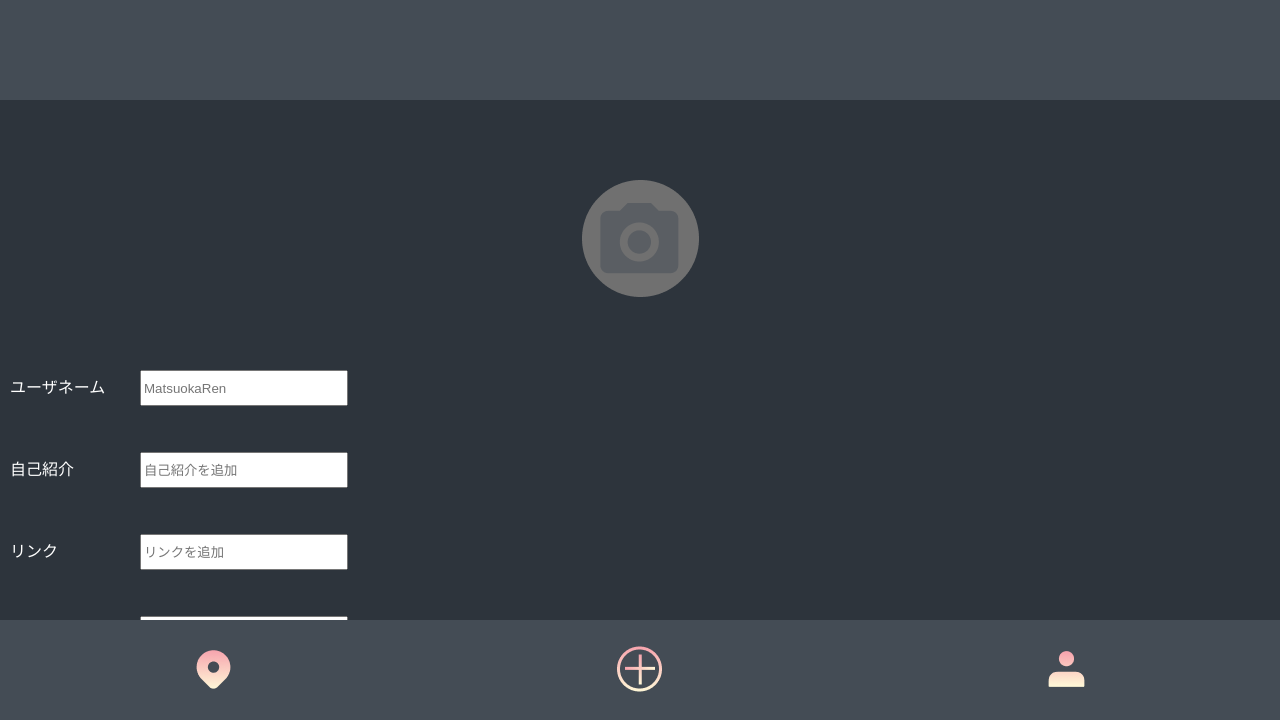
Repository: ren0714poo/respos
Page: edit.html
An editor plug-in stored every save of this project. The page is shown before and after the next save, followed by the edit.
The browser window is 1280 px wide. The pictures show the whole page.

Above is the page before, as saved 2025-07-17 14:16:03.

### edit.html
<!DOCTYPE html>
<html lang="ja">
<head>
  <meta charset="UTF-8">
  <meta name="viewport" content="width=device-width, initial-scale=1.0">
  <title>respos_edit</title>
  <link rel="stylesheet" href="css/edit.css">
</head>
<body>
  <header>
  </header>

  <main>
    <div class="edit_img"><img src="img/camera_chenge.png" alt="カメラ変更"></div>
    <div class="edit">
      <div class="edit_flex">
        <p>ユーザネーム</p>
        <input type="text" placeholder="MatsuokaRen"><br>
      </div>
      <div class="edit_flex">
        <p>自己紹介</p>
        <input type="text" placeholder="自己紹介を追加"><br>
      </div>
      <div class="edit_flex">
        <p>リンク</p>
        <input type="text" placeholder="リンクを追加"><br>
      </div>
      <div class="edit_flex">
        <p>好きな食べ物</p>
        <input type="text" placeholder="好きな食べ物の追加">
      </div>


    </div>
  </main>

  <footer>
    <button type="button" id="pin" onclick="location.href='top.html'"><img src="img/tabler_map-pin-filled.png" alt="ピン"></button>
    <button type="button"><img src="img/post.png" alt="投稿"></button>
    <button type="button" id="profile" onclick="location.href='profile.html'"><img src="img/icon-park-solid_people.png" alt="プロフィール"></button>
  </footer>

</body>
</html>

### css/edit.css
@media screen and (max-width:480px){


}

html, body {
  color: white;
  background: #2D343C;
  height: 100%;
  margin: 0;
  padding: 0;
  display: grid;
  grid-template-rows: 100px calc(100vh - 200px) 100px;
  grid-template-areas:
  "header"
  "main"
  "footer"
  ;
}



header{
  width: 100%;
  height: 100px;
  background: #444C55;
  display: flex;
  grid-area: header;
}




main{
  width: 100%;
  height: 100%;
  grid-area: main;
}

.edit {
  margin-top: 50px;
  line-height: 50px;
}
.edit_flex{
  display: flex;
p{
  width: 100px;
  margin-left: 10px;
}
input{
  width: 200px;
  height: 30px;
  margin: auto 0;
  margin-left: 30px;

}
}

.edit_img {
  display: flex;
  flex-direction: column;
  align-items: center;
  margin-top: 80px;
}











footer {
  background: #444C55;
  display: flex;
  justify-content: space-around;
  align-items: center;
}

footer button {
  background: transparent;
  border: none;
}

After the next save:
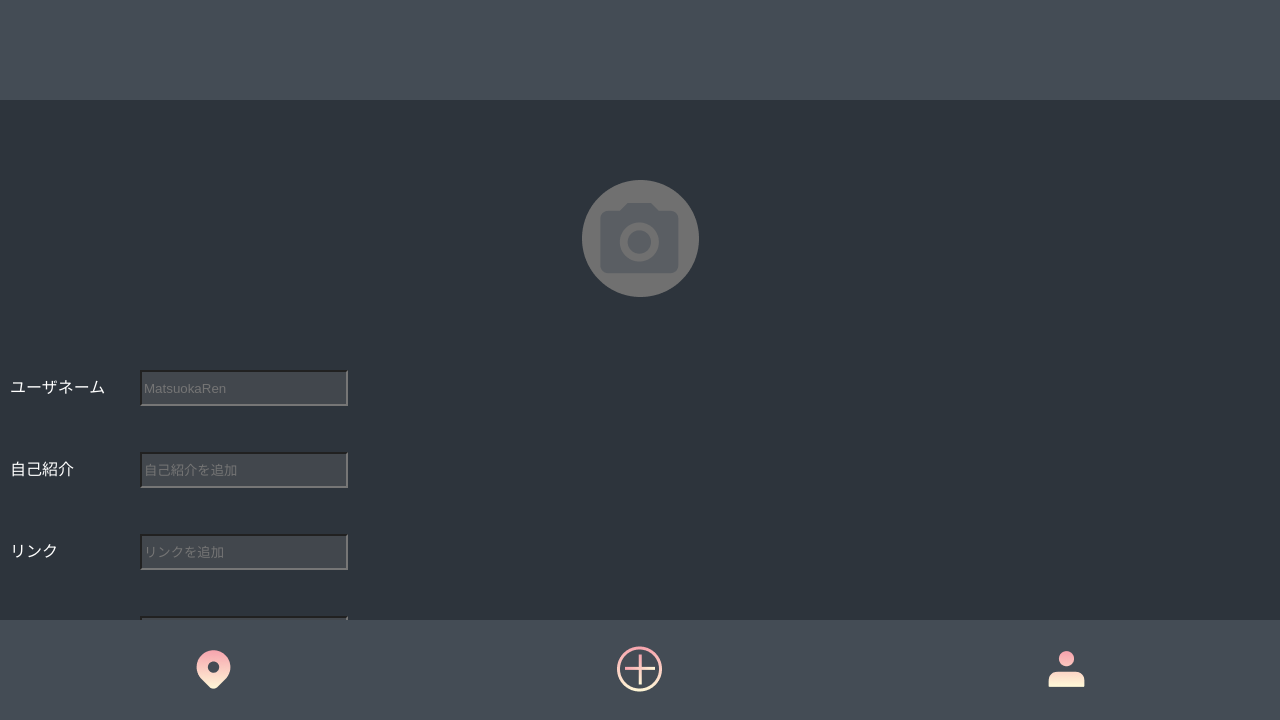
Saved 36 s later.
--- a/css/edit.css
+++ b/css/edit.css
@@ -52,6 +52,7 @@ input{
   height: 30px;
   margin: auto 0;
   margin-left: 30px;
+    background: rgba(152, 147, 147, 0.2);
 
 }
 }
